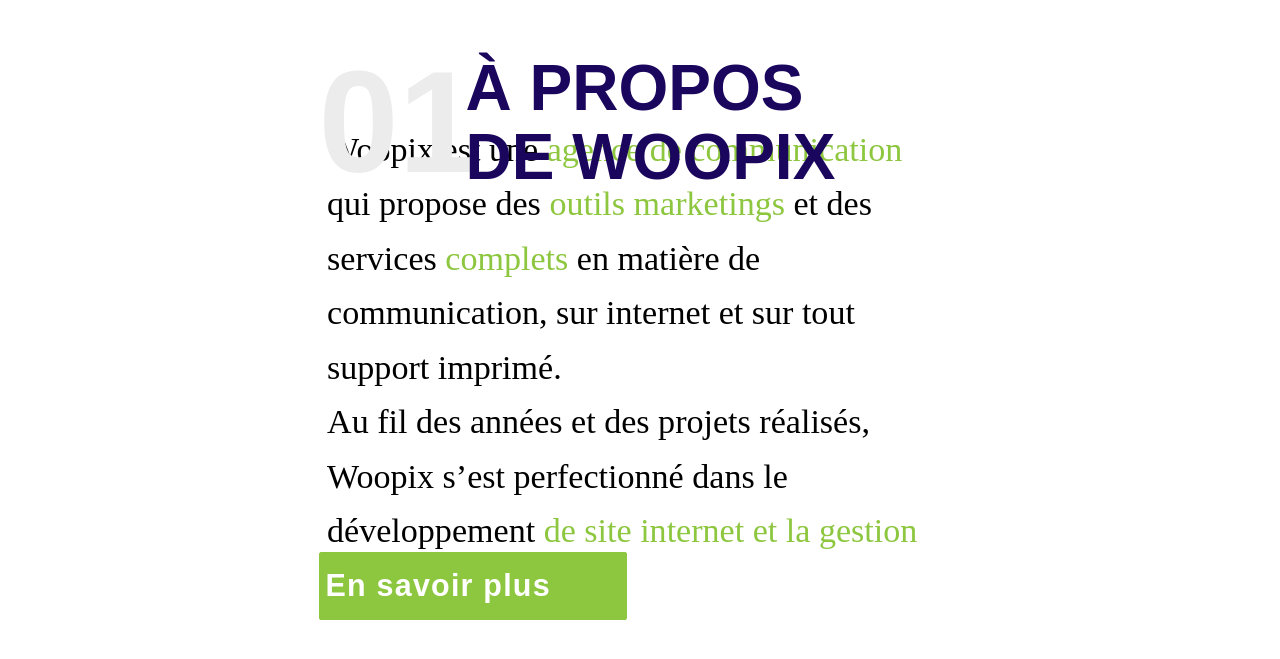
Repository: keloriane/woopix
Page: /about
An editor plug-in stored every save of this project. The page is shown before and after the next save, followed by the edit.
The browser window is 1280 px wide. The pictures show the whole page.
The project was rebuilt for these pictures with package versions that can differ from the ones it lists, and the page was loaded fresh each time. Also part of the build but not shown: src/pages/Services/components/ServiceItem.js, src/pages/Services/components/ServiceOption.js, src/pages/Services/index.js, src/pages/Home.js.

Above is the page before, as saved 2020-09-24 12:53:10.

After the next save:
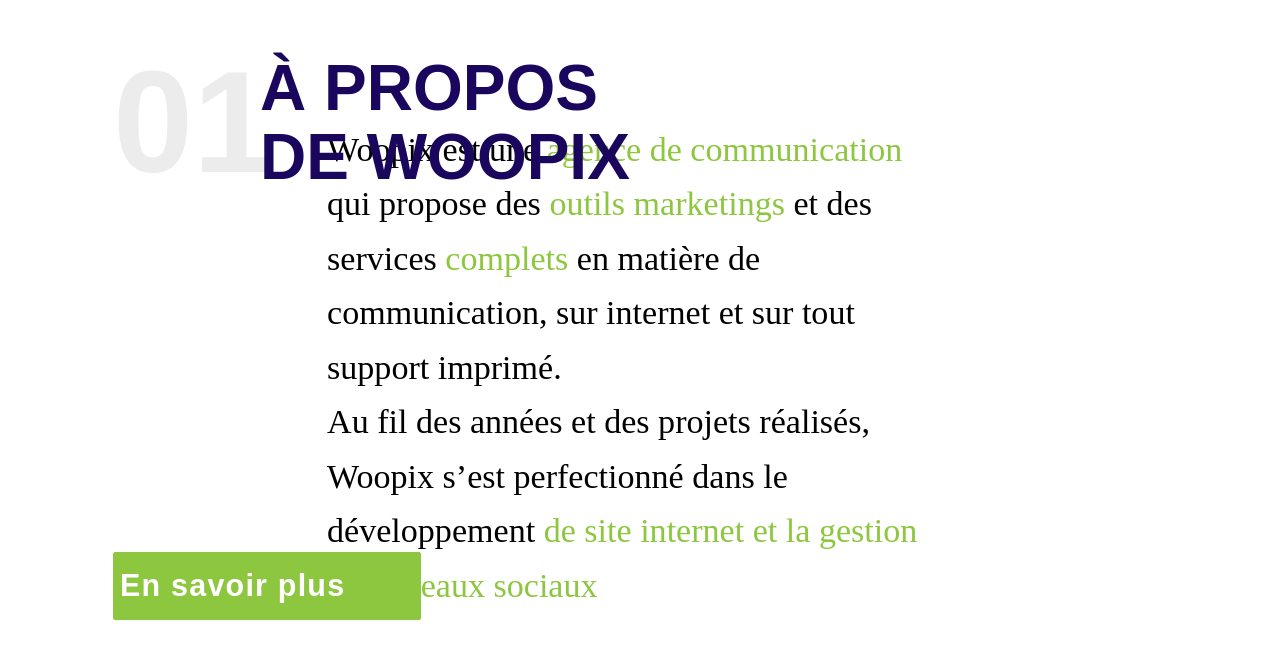
Saved 41 s later.
--- a/src/pages/About/index.js
+++ b/src/pages/About/index.js
@@ -207,7 +207,8 @@
     @media screen and (min-width: 992px) {
         #about{
             .about-wrapper{
-                    width: 1054px;
+                    width: 100%;
+                    max-width: 1054px;
                     height: 475px;
                 .main-title{
                 }
